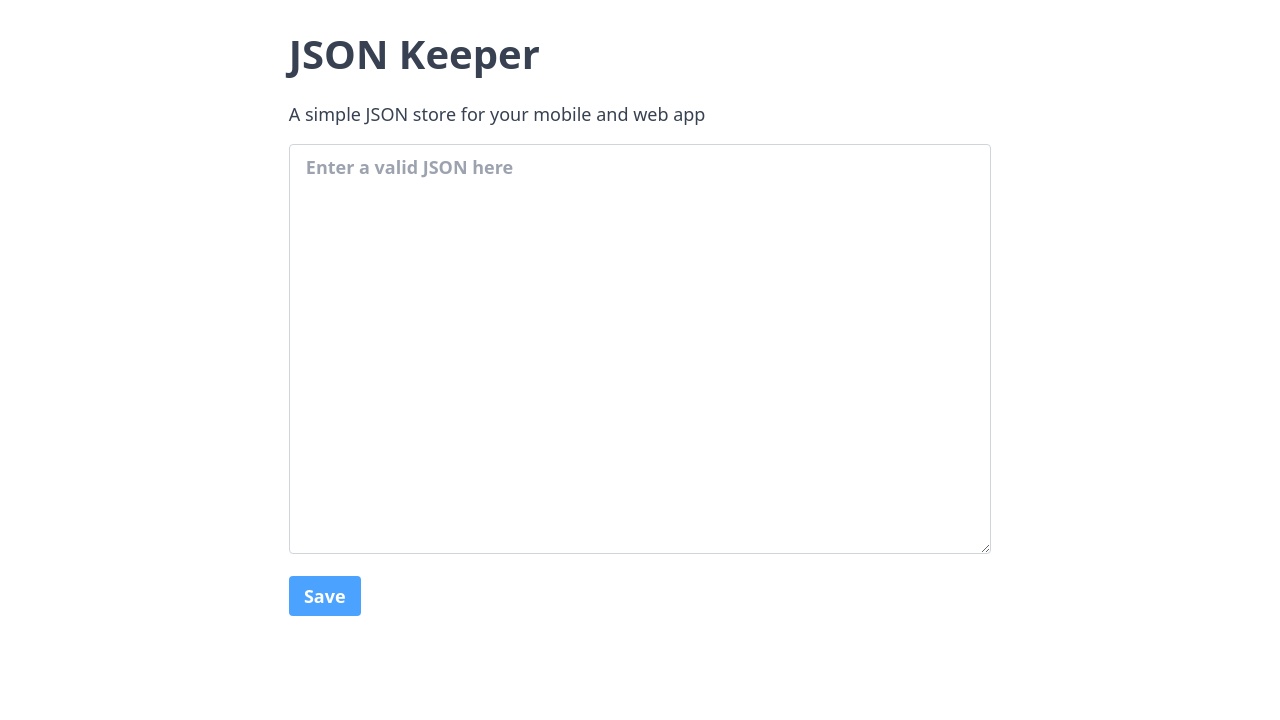
Repository: lakshithapramodya/jsonhub
Page: / (app in client/)
The author's editor kept a copy of each file at every save. The page is drawn from the files as they stood at one save, then again after the next save.
The browser window is 1280 px wide. The pictures show the whole page.
The page's requests for data from a server got no answer. The project was rebuilt for these pictures with package versions that can differ from the ones it lists, and the page was loaded fresh each time. No one was signed in, and anything a server would have sent is missing. Also part of the build but not shown: client/src/HandleJsonData.js.

Above is the page before, as saved 2023-05-10 12:48:25.

After the next save:
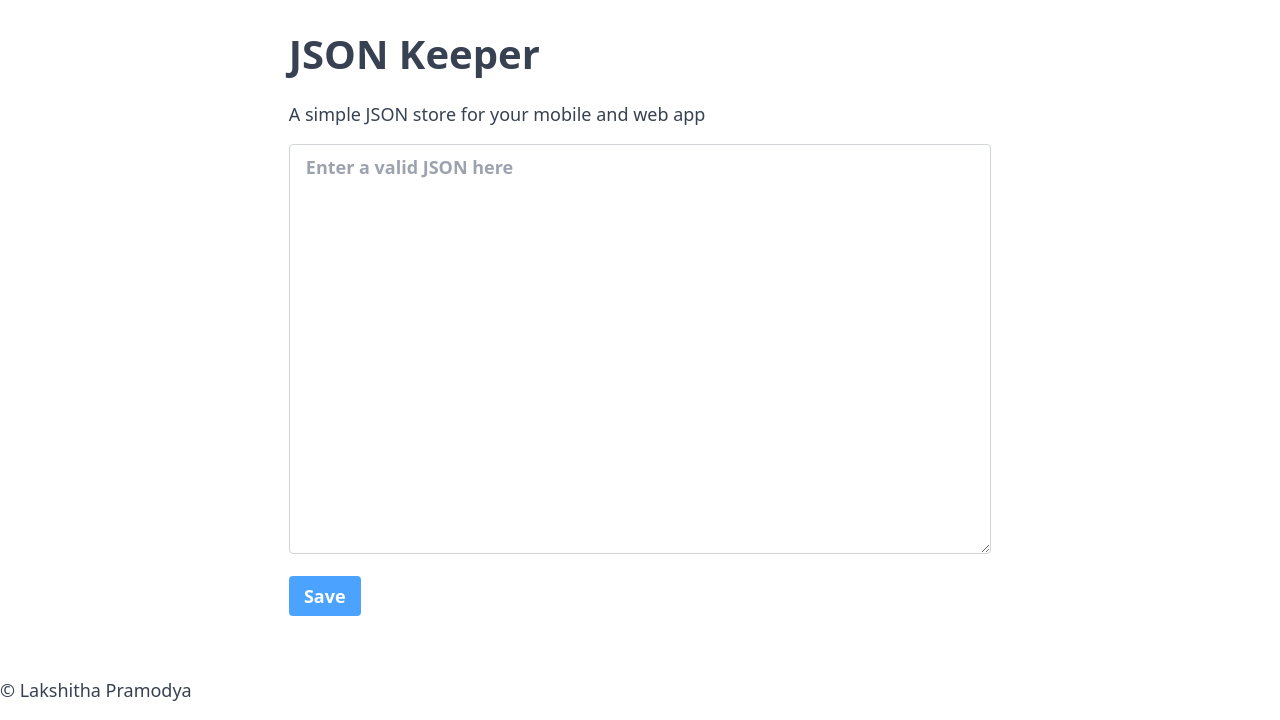
Saved 15 s later.
--- a/client/src/App.js
+++ b/client/src/App.js
@@ -1,6 +1,7 @@
 import { useState } from "react";
 import { SERVER_ENDPOINT } from "./config/Default";
 import axios from "axios";
+import Footer from "./components/Footer";
 
 function App() {
   const [input, setInput] = useState([]);
@@ -64,6 +65,7 @@ function App() {
           </button>
         </form>
       </div>
+      <Footer />
     </div>
   );
 }
